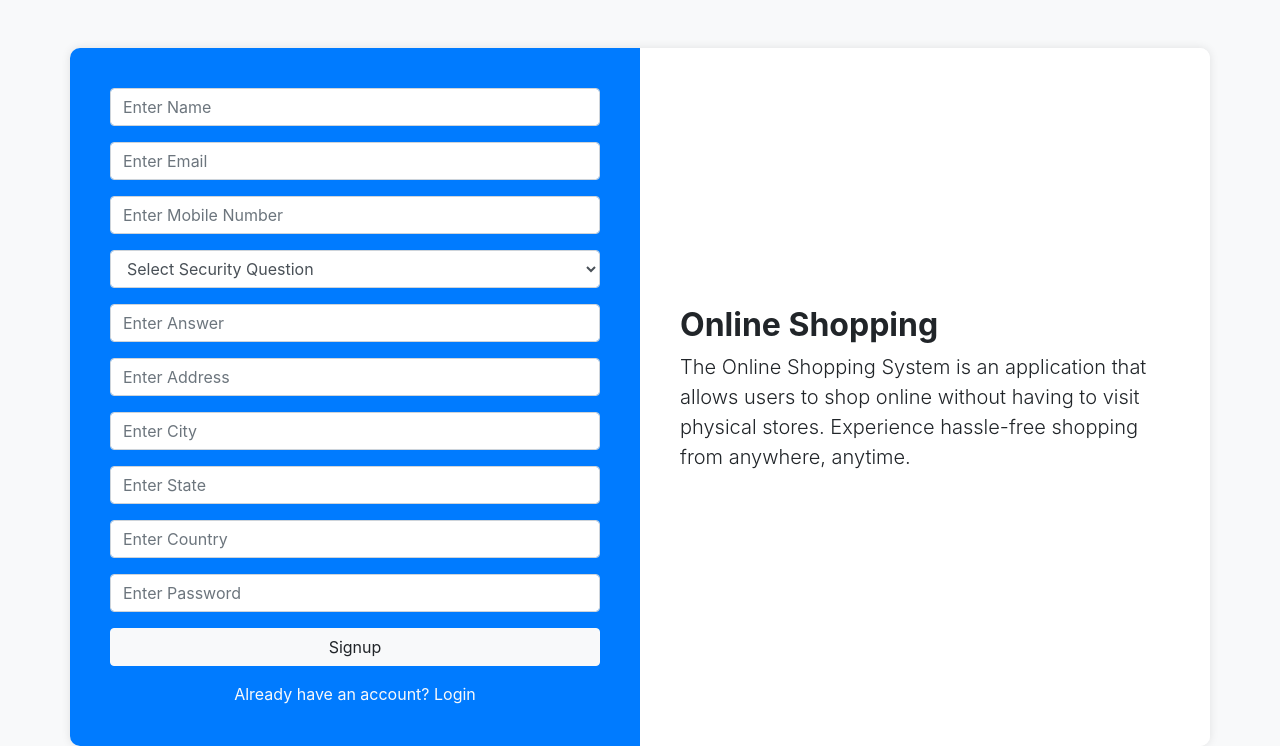
Repository: Dineshbabu290904/DigiMart
Page: http://localhost/ShoppingCart/signup.jsp
An editor plug-in stored every save of this project. The page is shown before and after the next save, followed by the edit.
The browser window is 1280 px wide. The pictures show the whole page.
The page is served by Tomcat 9.

Above is the page before, as saved 2024-10-12 10:11:30.

After the next save:
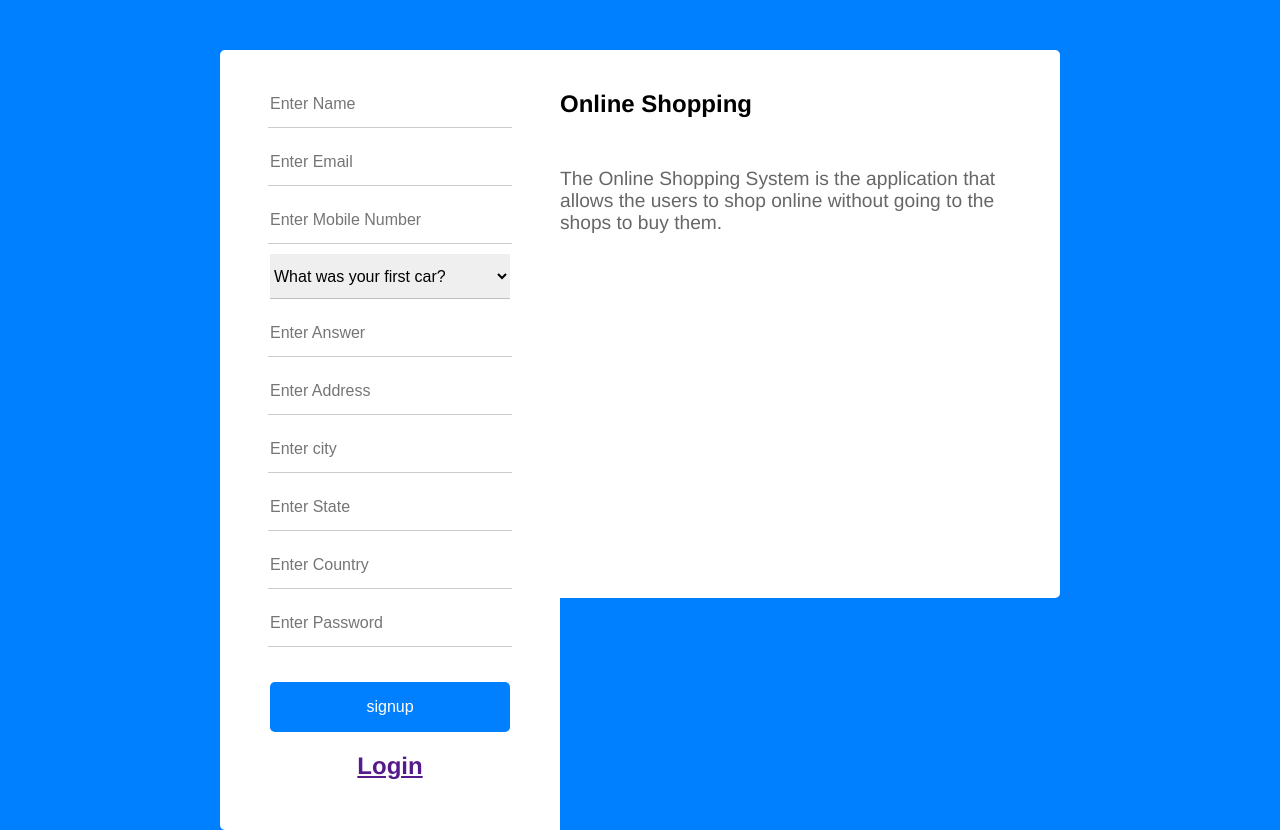
Saved 26 s later.
--- a/ShoppingCart/src/main/webapp/signup.jsp
+++ b/ShoppingCart/src/main/webapp/signup.jsp
@@ -1,113 +1,48 @@
 <!DOCTYPE html>
-<html lang="en">
+<html>
 <head>
-  <meta charset="UTF-8">
-  <meta name="viewport" content="width=device-width, initial-scale=1.0">
-  <title>Signup</title>
-  <!-- Bootstrap CSS -->
-  <link rel="stylesheet" href="https://stackpath.bootstrapcdn.com/bootstrap/4.6.0/css/bootstrap.min.css">
-  <style>
-    body {
-      background-color: #f8f9fa;
-    }
-    .signup-section {
-      background-color: #007bff; /* Blue background */
-      padding: 40px;
-      color: #fff;
-      border-radius: 10px 0 0 10px;
-    }
-    .info-section {
-      padding: 40px;
-      background-color: #fff;
-      border-radius: 0 10px 10px 0;
-    }
-    .info-section h2 {
-      font-weight: bold;
-    }
-    .container-custom {
-      background-color: #fff;
-      box-shadow: 0px 0px 10px rgba(0, 0, 0, 0.1);
-      border-radius: 10px;
-    }
-  </style>
+<link rel="stylesheet" href="css/signup-style.css">
+<title>Signup</title>
 </head>
 <body>
-  <div class="container mt-5">
-    <div class="row container-custom">
-      <!-- Signup Form -->
-      <div class="col-md-6 signup-section">
-        <form action="signupAction" method="post">
-          <div class="form-group">
-            <input type="text" class="form-control" name="name" placeholder="Enter Name" required>
-          </div>
-          <div class="form-group">
-            <input type="email" class="form-control" name="email" placeholder="Enter Email" required>
-          </div>
-          <div class="form-group">
-            <input type="number" class="form-control" name="mobileNumber" placeholder="Enter Mobile Number" required>
-          </div>
-          <div class="form-group">
-            <select class="form-control" name="securityQuestion" required>
-              <option value="" disabled selected>Select Security Question</option>
-              <option value="What was your first car?">What was your first car?</option>
-              <option value="What is the name of your first pet?">What is the name of your first pet?</option>
-              <option value="What elementary school did you attend?">What elementary school did you attend?</option>
-              <option value="What is the name of the town where you were born?">What is the name of the town where you were born?</option>
-            </select>
-          </div>
-          <div class="form-group">
-            <input type="text" class="form-control" name="answer" placeholder="Enter Answer" required>
-          </div>
-          <div class="form-group">
-            <input type="text" class="form-control" name="address" placeholder="Enter Address" required>
-          </div>
-          <div class="form-group">
-            <input type="text" class="form-control" name="city" placeholder="Enter City" required>
-          </div>
-          <div class="form-group">
-            <input type="text" class="form-control" name="state" placeholder="Enter State" required>
-          </div>
-          <div class="form-group">
-            <input type="text" class="form-control" name="country" placeholder="Enter Country" required>
-          </div>
-          <div class="form-group">
-            <input type="password" class="form-control" name="password" placeholder="Enter Password" required>
-          </div>
-          <button type="submit" class="btn btn-light btn-block">Signup</button>
-        </form>
-        <div class="text-center mt-3">
-          <a href="login.html" class="text-light">Already have an account? Login</a>
-        </div>
-      </div>
+<div id='container'>
+  <div class='signup'>
+  	<form action ="signupAction" method="post">
+  		<input type="text" name="name" placeholder="Enter Name" required>
+  		<input type="email" name="email" placeholder="Enter Email" required>
+  		<input type="number" name="mobileNumber" placeholder="Enter Mobile Number" required>
+  		<select name="securityQuestion" required>
+  			<option value="What was your first car?">What was your first car?</option>
+  			<option value="What is the name of your first pet?">What is the name of your first pet?</option>
+  			<option value="What elementary school did you attend?">What elementary school did you attend?</option>
+  			<option value="What is the name of the town where you were born?">What is the name of the town where you were born?</option>
+  		</select>
+  		<input type="text" name="answer" placeholder="Enter Answer" required>
+  		<input type="text" name="address" placeholder="Enter Address" required>
+  		<input type="text" name="city" placeholder="Enter city" required>
+  		<input type="text" name="state" placeholder="Enter State" required>
+  		<input type="text" name="country" placeholder="Enter Country" required>
+  		<input type="password" name="password" placeholder="Enter Password" required>
+  		<input type="submit" value="signup">
+  	</form>
+      <h2><a href="">Login</a></h2>
+  </div>
+  <div class='whysign'>
+<%
+	String msg = request.getParameter("msg");
+	if("vaild".equals(msg)){
+%>
+<h1>Successfully Registration</h1>
+<%} %>
+<%
+if("vaild".equals(msg)){
+%>
+<h1>Some thing Went Wrong! Try Again !</h1>
+<%} %>
+    <h2>Online Shopping</h2>
+    <p>The Online Shopping System is the application that allows the users to shop online without going to the shops to buy them.</p>
+  </div>
+</div>
 
-      <!-- Info Section -->
-      <div class="col-md-6 info-section d-flex align-items-center justify-content-center">
-        <div>
-          <%
-            String msg = request.getParameter("msg");
-            if ("valid".equals(msg)) {
-          %>
-          <div class="alert alert-success" role="alert">
-            Successfully Registered!
-          </div>
-          <% } else if ("invalid".equals(msg)) { %>
-          <div class="alert alert-danger" role="alert">
-            Something went wrong! Please try again.
-          </div>
-          <% } %>
-
-          <h2>Online Shopping</h2>
-          <p class="lead">
-            The Online Shopping System is an application that allows users to shop online without having to visit physical stores. Experience hassle-free shopping from anywhere, anytime.
-          </p>
-        </div>
-      </div>
-    </div>
-  </div>
-
-  <!-- Bootstrap JS and dependencies -->
-  <script src="https://code.jquery.com/jquery-3.6.0.min.js"></script>
-  <script src="https://cdn.jsdelivr.net/npm/@popperjs/core@2.9.3/dist/umd/popper.min.js"></script>
-  <script src="https://stackpath.bootstrapcdn.com/bootstrap/4.6.0/js/bootstrap.min.js"></script>
 </body>
 </html>

After the 2 saves that followed:
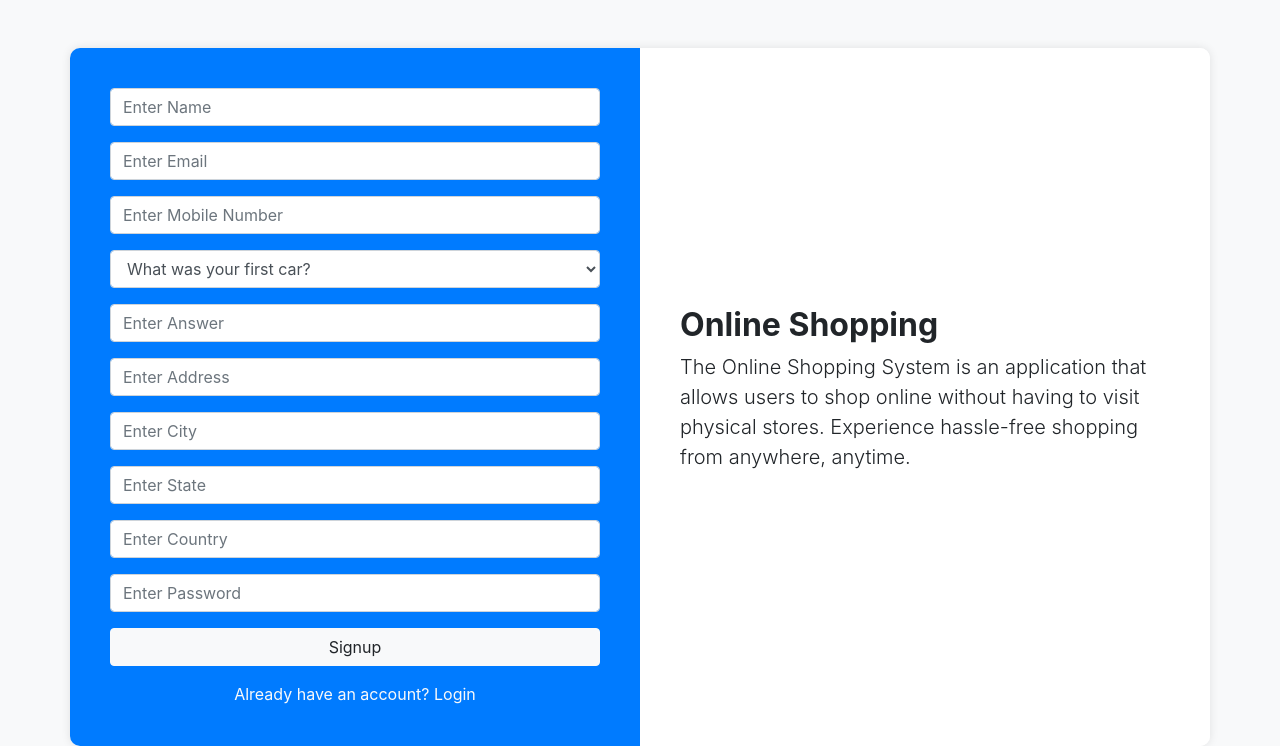
The 2 saves are shown as one change because 1 left the picture as it was.
The last was saved 3 min 34 s later.
--- a/ShoppingCart/src/main/webapp/signup.jsp
+++ b/ShoppingCart/src/main/webapp/signup.jsp
@@ -1,48 +1,92 @@
 <!DOCTYPE html>
-<html>
+<html lang="en">
 <head>
-<link rel="stylesheet" href="css/signup-style.css">
-<title>Signup</title>
+  <meta charset="UTF-8">
+  <meta name="viewport" content="width=device-width, initial-scale=1.0">
+  <title>Signup</title>
+  <!-- Bootstrap 4.6 CSS -->
+  <link rel="stylesheet" href="https://stackpath.bootstrapcdn.com/bootstrap/4.6.0/css/bootstrap.min.css">
+  <style>
+    body {
+      background-color: #f8f9fa;
+    }
+    .signup-section {
+      background-color: #007bff; /* Blue background */
+      padding: 40px;
+      color: #fff;
+      border-radius: 10px 0 0 10px;
+    }
+    .info-section {
+      padding: 40px;
+      background-color: #fff;
+      border-radius: 0 10px 10px 0;
+    }
+    .info-section h2 {
+      font-weight: bold;
+    }
+    .container-custom {
+      background-color: #fff;
+      box-shadow: 0px 0px 10px rgba(0, 0, 0, 0.1);
+      border-radius: 10px;
+    }
+  </style>
 </head>
 <body>
-<div id='container'>
-  <div class='signup'>
-  	<form action ="signupAction" method="post">
-  		<input type="text" name="name" placeholder="Enter Name" required>
-  		<input type="email" name="email" placeholder="Enter Email" required>
-  		<input type="number" name="mobileNumber" placeholder="Enter Mobile Number" required>
-  		<select name="securityQuestion" required>
-  			<option value="What was your first car?">What was your first car?</option>
-  			<option value="What is the name of your first pet?">What is the name of your first pet?</option>
-  			<option value="What elementary school did you attend?">What elementary school did you attend?</option>
-  			<option value="What is the name of the town where you were born?">What is the name of the town where you were born?</option>
-  		</select>
-  		<input type="text" name="answer" placeholder="Enter Answer" required>
-  		<input type="text" name="address" placeholder="Enter Address" required>
-  		<input type="text" name="city" placeholder="Enter city" required>
-  		<input type="text" name="state" placeholder="Enter State" required>
-  		<input type="text" name="country" placeholder="Enter Country" required>
-  		<input type="password" name="password" placeholder="Enter Password" required>
-  		<input type="submit" value="signup">
-  	</form>
-      <h2><a href="">Login</a></h2>
+  <div class="container mt-5">
+    <div class="row container-custom">
+      <!-- Signup Form -->
+      <div class="col-md-6 signup-section">
+        <form action="signupAction" method="post">
+          <input type="text" class="form-control mb-3" name="name" placeholder="Enter Name" required>
+          <input type="email" class="form-control mb-3" name="email" placeholder="Enter Email" required>
+          <input type="number" class="form-control mb-3" name="mobileNumber" placeholder="Enter Mobile Number" required>
+          <select class="form-control mb-3" name="securityQuestion" required>
+            <option value="What was your first car?">What was your first car?</option>
+            <option value="What is the name of your first pet?">What is the name of your first pet?</option>
+            <option value="What elementary school did you attend?">What elementary school did you attend?</option>
+            <option value="What is the name of the town where you were born?">What is the name of the town where you were born?</option>
+          </select>
+          <input type="text" class="form-control mb-3" name="answer" placeholder="Enter Answer" required>
+          <input type="text" class="form-control mb-3" name="address" placeholder="Enter Address" required>
+          <input type="text" class="form-control mb-3" name="city" placeholder="Enter City" required>
+          <input type="text" class="form-control mb-3" name="state" placeholder="Enter State" required>
+          <input type="text" class="form-control mb-3" name="country" placeholder="Enter Country" required>
+          <input type="password" class="form-control mb-3" name="password" placeholder="Enter Password" required>
+          <button type="submit" class="btn btn-light btn-block">Signup</button>
+        </form>
+        <div class="text-center mt-3">
+          <a href="login.html" class="text-light">Already have an account? Login</a>
+        </div>
+      </div>
+
+      <!-- Info Section -->
+      <div class="col-md-6 info-section d-flex align-items-center justify-content-center">
+        <div>
+          <%
+            String msg = request.getParameter("msg");
+            if ("valid".equals(msg)) {
+          %>
+          <div class="alert alert-success" role="alert">
+            Successfully Registered!
+          </div>
+          <% } else if ("invalid".equals(msg)) { %>
+          <div class="alert alert-danger" role="alert">
+            Something went wrong! Please try again.
+          </div>
+          <% } %>
+
+          <h2>Online Shopping</h2>
+          <p class="lead">
+            The Online Shopping System is an application that allows users to shop online without having to visit physical stores. Experience hassle-free shopping from anywhere, anytime.
+          </p>
+        </div>
+      </div>
+    </div>
   </div>
-  <div class='whysign'>
-<%
-	String msg = request.getParameter("msg");
-	if("vaild".equals(msg)){
-%>
-<h1>Successfully Registration</h1>
-<%} %>
-<%
-if("vaild".equals(msg)){
-%>
-<h1>Some thing Went Wrong! Try Again !</h1>
-<%} %>
-    <h2>Online Shopping</h2>
-    <p>The Online Shopping System is the application that allows the users to shop online without going to the shops to buy them.</p>
-  </div>
-</div>
 
+  <!-- Bootstrap JS and dependencies -->
+  <script src="https://code.jquery.com/jquery-3.6.0.min.js"></script>
+  <script src="https://cdn.jsdelivr.net/npm/@popperjs/core@2.9.3/dist/umd/popper.min.js"></script>
+  <script src="https://stackpath.bootstrapcdn.com/bootstrap/4.6.0/js/bootstrap.min.js"></script>
 </body>
 </html>
